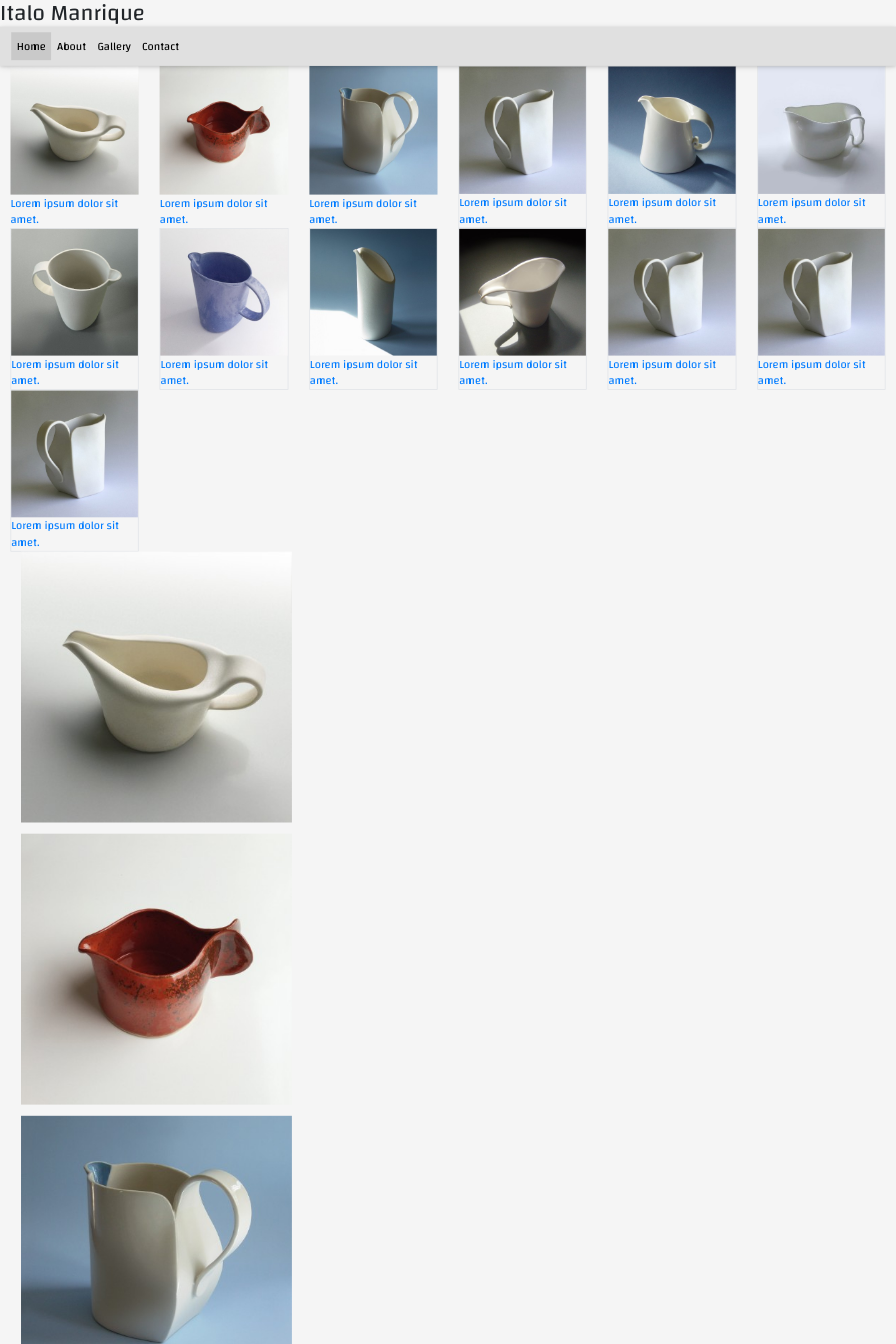
Repository: ManrOsca/ceramics
Page: MDB/gallery.html
The author's editor kept a record of every edit. The page is drawn from the files as they stood at one moment, then again after the next edit.
The browser window is 1280 px wide. The pictures show the part of the page from y = 0 to 1920 px (the page is 6023 px tall), at 70% of full size.

Above is the page before.

After the next edit:
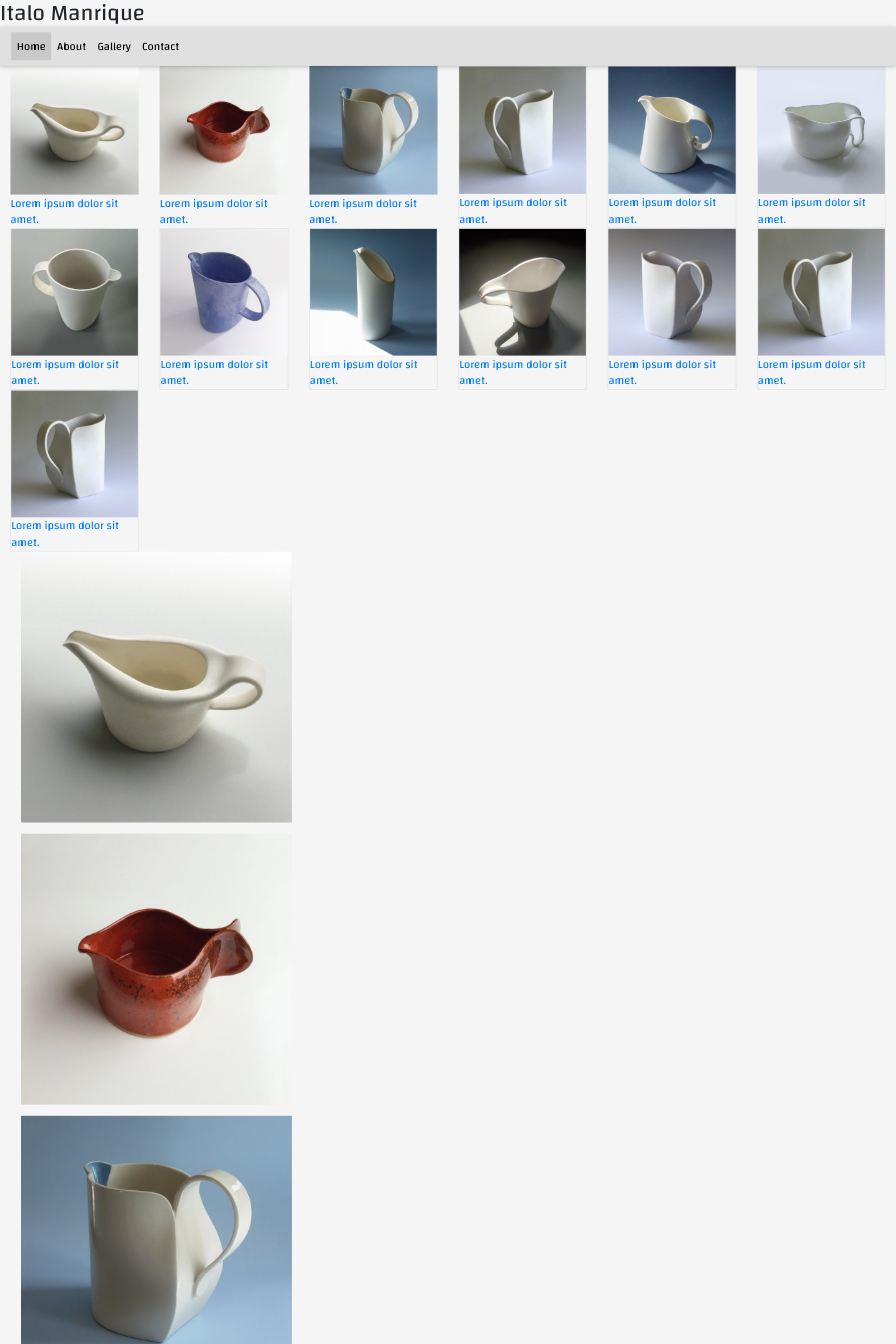
The edit:
--- a/MDB/gallery.html
+++ b/MDB/gallery.html
@@ -163,8 +163,8 @@
 
                 <div class="col-lg-2 col-sm-4">
                   <div class="img-thumbnail">
-                      <a href="img/jug-2.jpg">
-                     <img src="img/jug-2-thumb.jpg" alt="jug-9" class="img-responsive">
+                      <a href="img/jug-9.jpg">
+                     <img src="img/jug-9-thumb.jpg" alt="jug-9" class="img-responsive">
                      <div class="caption">Lorem ipsum dolor sit amet.</div>
                      </a>
                   </div>
